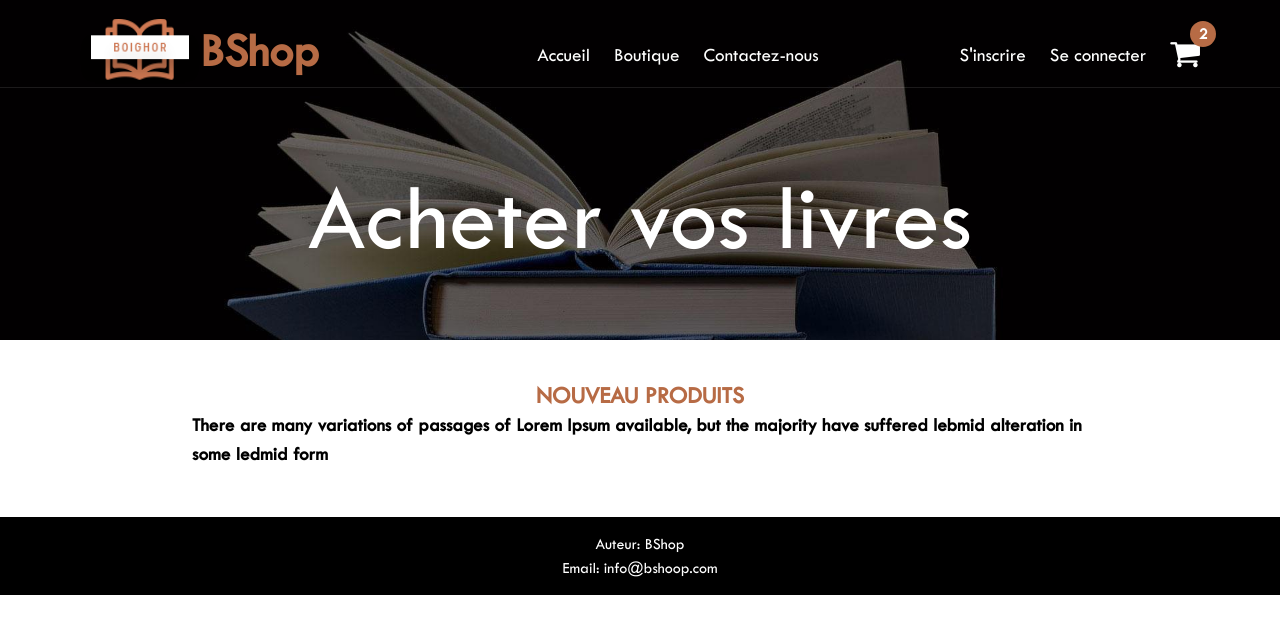
Repository: padevft/e-commerce-php
Page: http://localhost/
An editor plug-in stored every save of this project. The page is shown before and after the next save, followed by the edit.
The browser window is 1280 px wide. The pictures show the whole page.
The page is run by PHP 8.4 with error messages shown; the project is at /var/www/html/.

Above is the page before, as saved 2023-09-17 22:42:06.

After the next save:
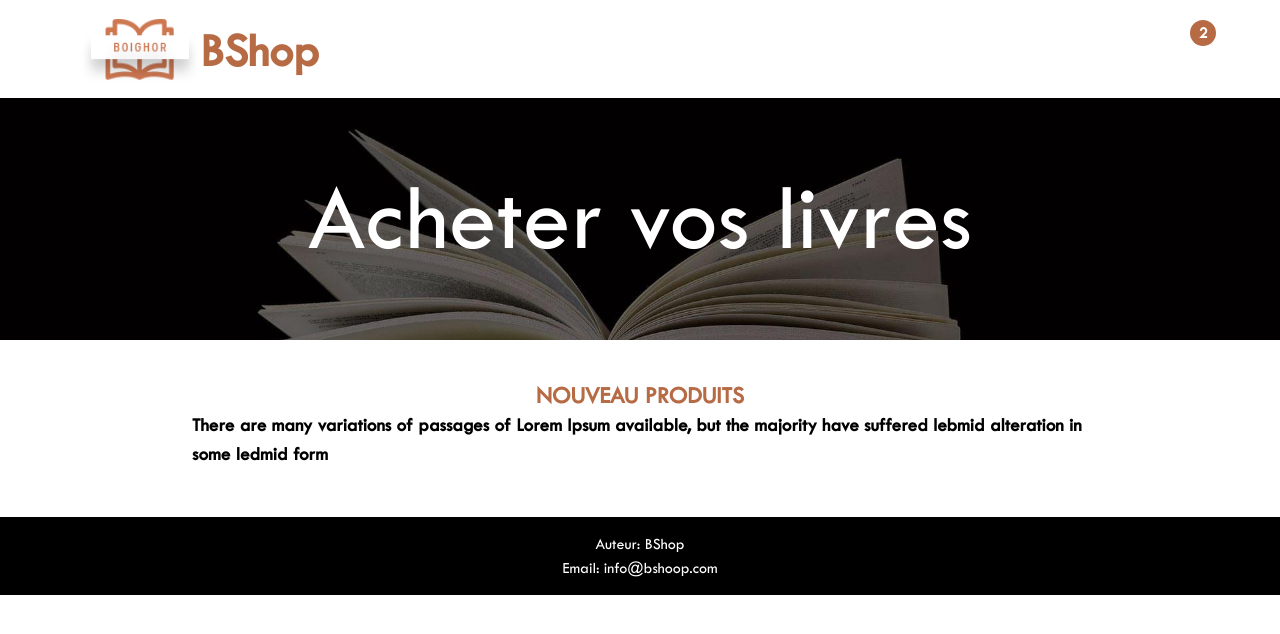
Saved 75 s later.
--- a/index.php
+++ b/index.php
@@ -1,3 +1,6 @@
+<?php
+    require_once('server/includes/header.inc.php');
+    ?>
 <!DOCTYPE html>
 <html lang="en">
 

After the save that followed:
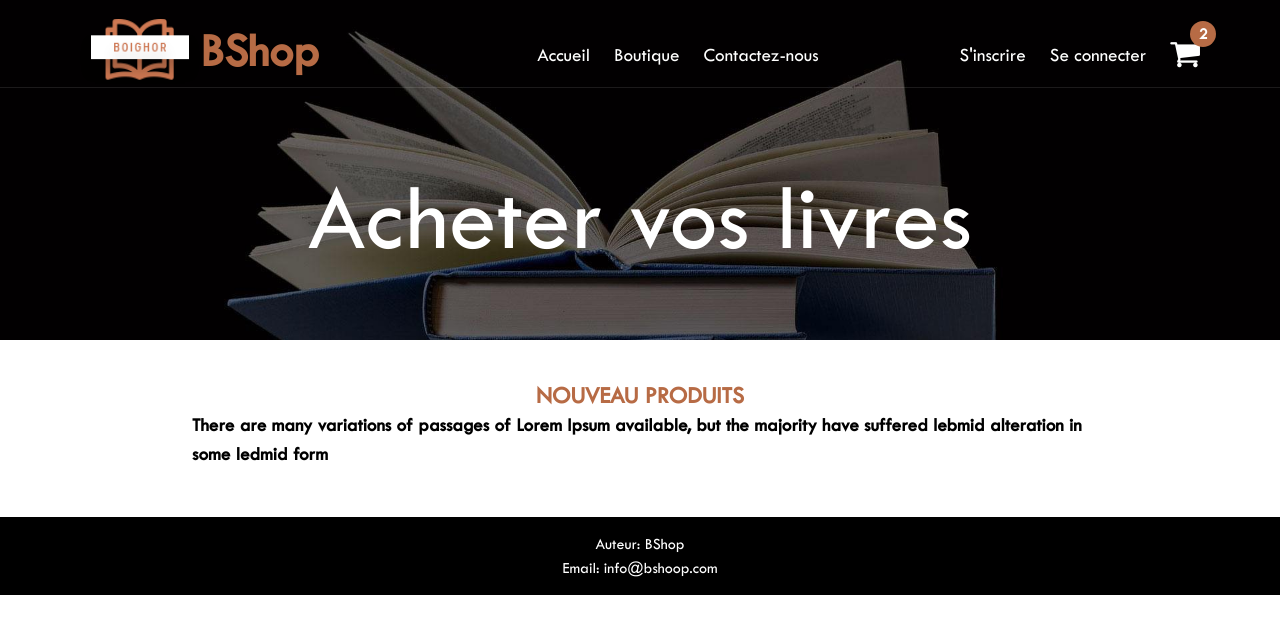
Saved 45 s later.
--- a/index.php
+++ b/index.php
@@ -1,5 +1,5 @@
 <?php
-    require_once('server/includes/header.inc.php');
+    require_once('server/includes/utilitaires.inc.php');
     ?>
 <!DOCTYPE html>
 <html lang="en">
